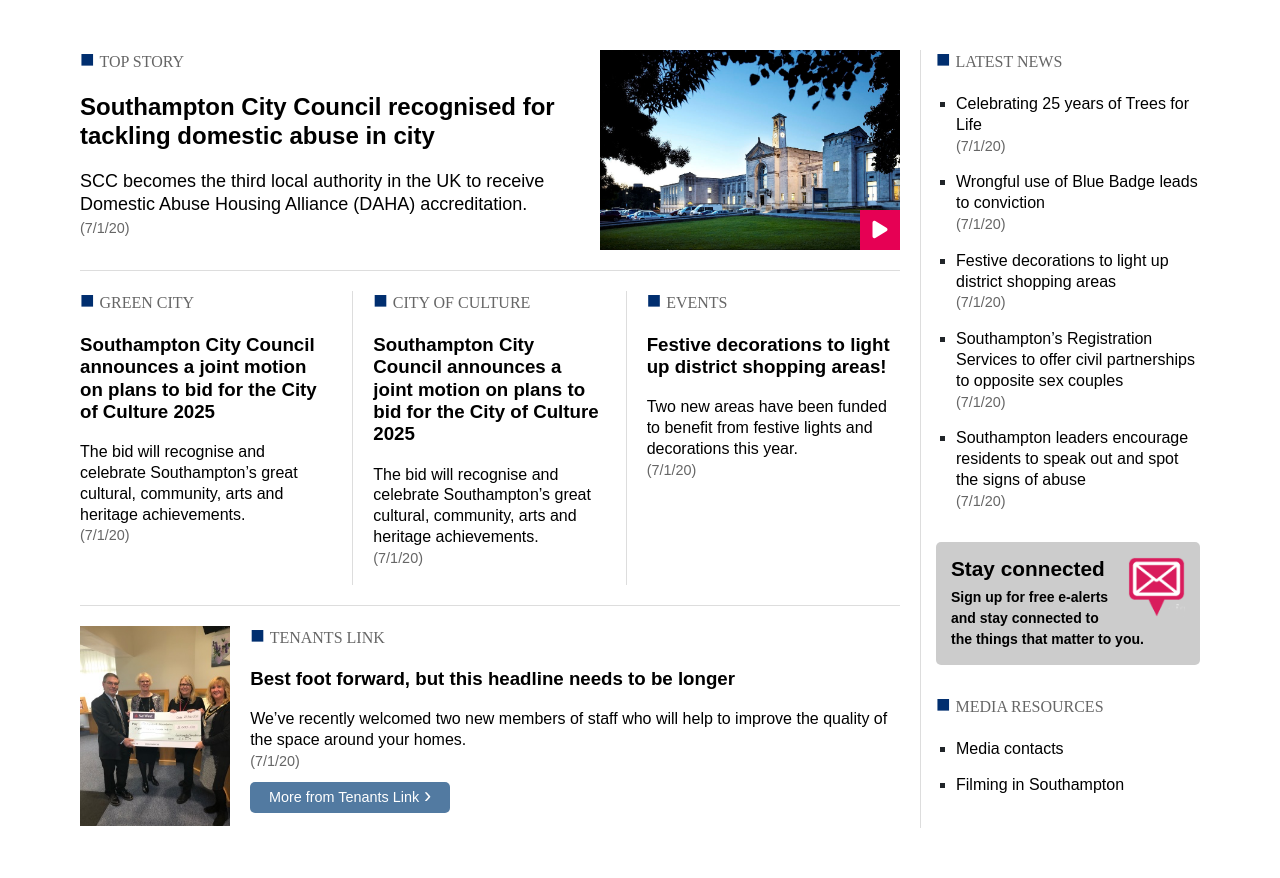
Repository: Domehead123/newspage
Page: index8.html
The author's editor kept a record of every edit. The page is drawn from the files as they stood at one moment, then again after the next edit.
The browser window is 1280 px wide. The pictures show the whole page.
Some web libraries are served in a nearby version.

Above is the page before.

After the next edit:
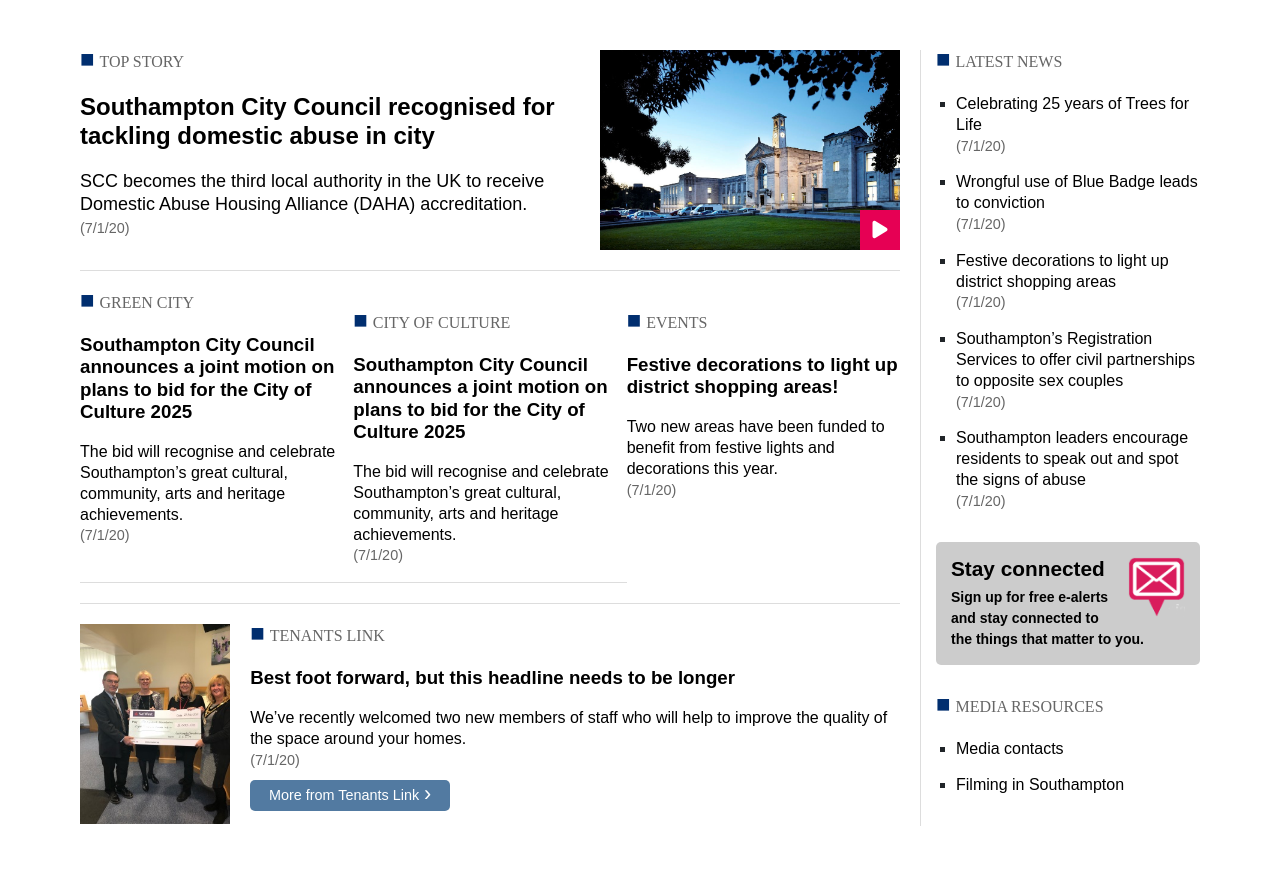
The edit:
--- a/news4.css
+++ b/news4.css
@@ -281,22 +281,6 @@
 
 
 
-    .topic:first-of-type {
-        border-right: 1px solid #ddd;
-        border-bottom: none;
-        padding: 0 20px 0 0;
-    }
-
-    .topic:nth-child(2) {
-        border-right: 1px solid #ddd;
-        border-bottom: none;
-        padding: 0 20px;
-
-    }
-
-    .topic:nth-child(3) {
-        padding: 0 0 0 20px;
-    }
 
     .bottom-story {
         border-bottom: none;

After the edit that followed:
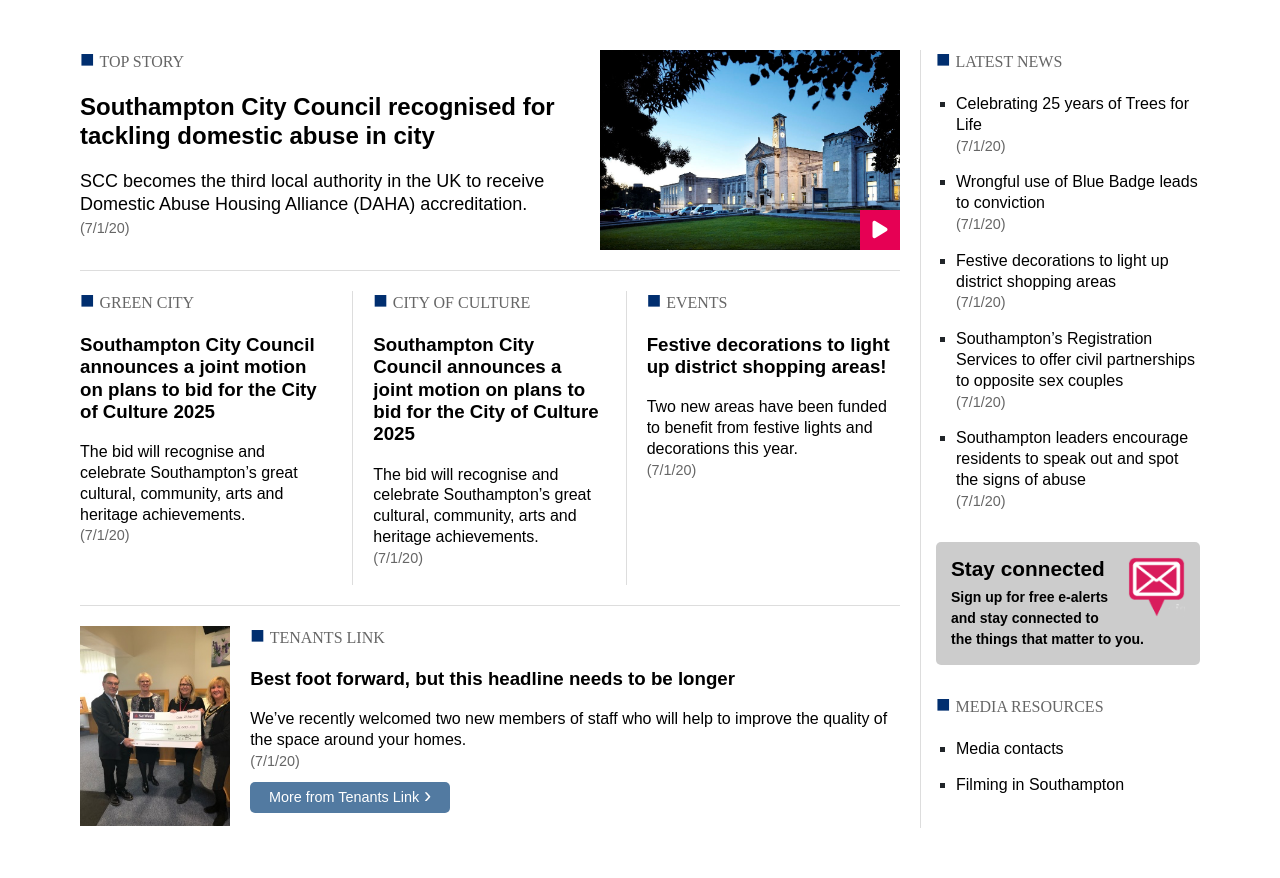
The edit:
--- a/news4.css
+++ b/news4.css
@@ -271,6 +271,23 @@
         padding: 20px 0;
     }
 
+      .topic:first-of-type {
+        border-right: 1px solid #ddd;
+        border-bottom: none;
+        padding: 0 20px 0 0;
+    }
+
+    .topic:nth-child(2) {
+        border-right: 1px solid #ddd;
+        border-bottom: none;
+        padding: 0 20px;
+
+    }
+
+    .topic:nth-child(3) {
+        padding: 0 0 0 20px;
+    }
+
     .bottom-large-pic {
         display: block;
     }
